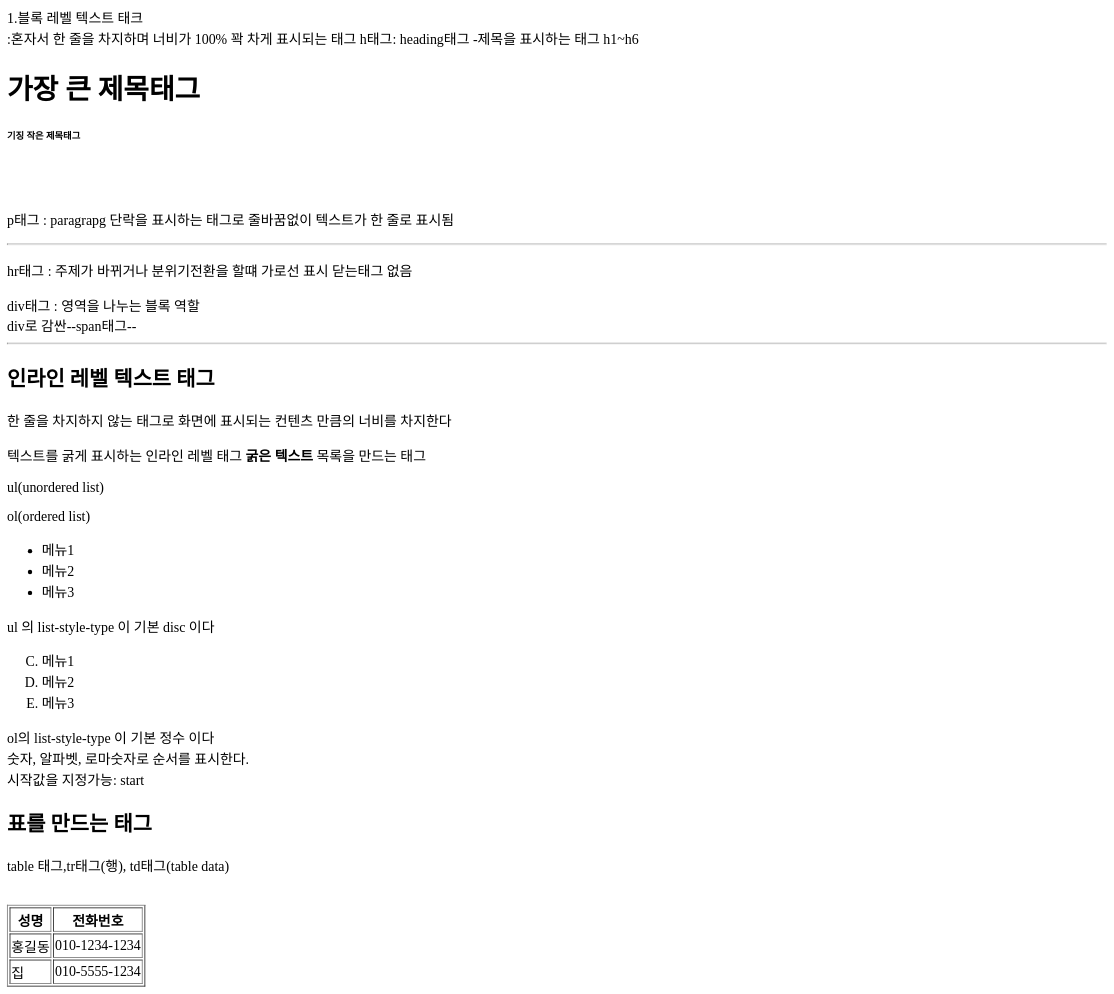
Repository: hana825/Web
Page: web/WebContent/index.html
These files come from the project's save history. The page is drawn as it stood at one moment and after the next save; the edit follows.
The browser window is 1280 px wide. The pictures show the whole page, at 87% of full size.

Above is the page before, as saved 2022-03-17 05:57:56.

### web/WebContent/index.html
<!DOCTYPE html>
<html>
<head>
<meta charset="UTF-8">
<title>Insert title here</title>
</head>
<body>
1.블록 레벨 텍스트 태크<br>
:혼자서 한 줄을 차지하며 너비가 100% 꽉 차게 표시되는 태그

h태그: heading태그 -제목을 표시하는 태그 h1~h6
<h1>가장 큰 제목태그</h1>
<h6>기징 작은 제목태그</h6>
<br><br>
<p>
p태그 : paragrapg 단락을 표시하는 태그로
줄바꿈없이 텍스트가 한 줄로 표시됨
</p>
<hr>

<p>
hr태그 : 주제가 바뀌거나 분위기전환을 할떄 가로선 표시
닫는태그 없음
</p>
<div>
div태그 : 영역을 나누는 블록 역할
</div>

<div> div로 감싼<span>--span태그--</span>
</div>


<hr>

<h2>인라인 레벨 텍스트 태그</h2>
<p> 한 줄을 차지하지 않는 태그로 화면에 표시되는 컨텐츠 만큼의 너비를 차지한다
</p>
<!-- 실행에서 제외하고자 하는 코드는 주석처리 -->
텍스트를 굵게 표시하는 인라인 레벨 태그
<strong>굵은 텍스트
</strong>
목록을 만드는 태그
<p>ul(unordered list)</p>
<p>ol(ordered list)</p>
<ul>
	<li>메뉴1</li>
	<li>메뉴2</li>
	<li>메뉴3</li>
</ul>
<p>ul 의 list-style-type 이 기본 disc 이다</p>
<ol start='3' type="A">
	<li>메뉴1</li>
	<li>메뉴2</li>
	<li>메뉴3</li>
</ol>
<p>ol의 list-style-type 이 기본 정수 이다<br>
   숫자, 알파벳, 로마숫자로 순서를 표시한다.<br>
   시작값을 지정가능: start<br>
</p>

<h2>표를 만드는 태그</h2>
<p>table 태그,tr태그(행), td태그(table data)</p><br>

<table border='1'>
	<tr><th>성명</th><th>전화번호</th></tr>
	<tr><td>홍길동</td><td>010-1234-1234</td></tr>
	<tr><td>집</td><td>010-5555-1234</td></tr>
</table>





</body>
</html>

After the next save:
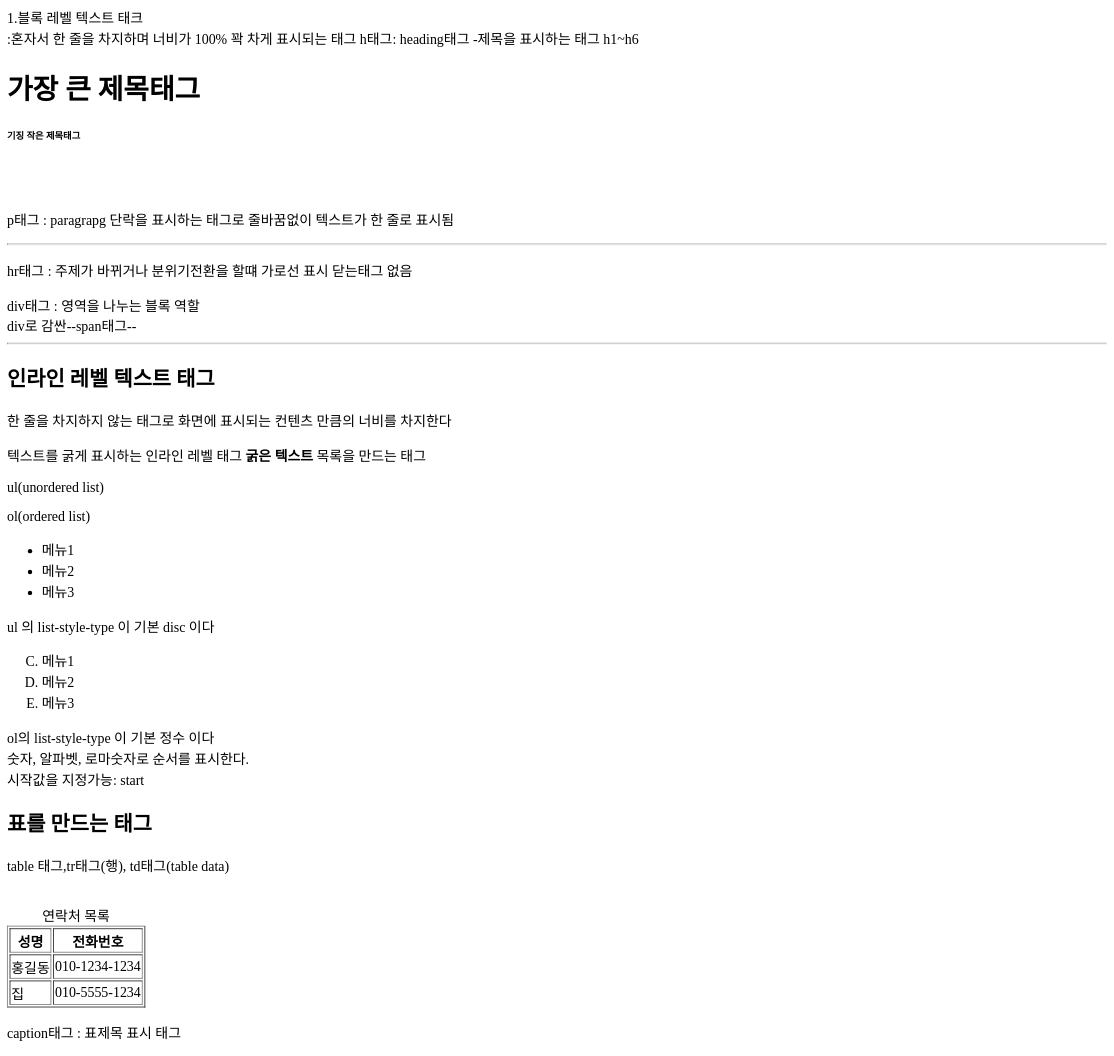
Saved 3 min 54 s later.
--- a/web/WebContent/index.html
+++ b/web/WebContent/index.html
@@ -62,13 +62,14 @@ div태그 : 영역을 나누는 블록 역할
 <p>table 태그,tr태그(행), td태그(table data)</p><br>
 
 <table border='1'>
+	<caption>연락처 목록</caption>
 	<tr><th>성명</th><th>전화번호</th></tr>
 	<tr><td>홍길동</td><td>010-1234-1234</td></tr>
 	<tr><td>집</td><td>010-5555-1234</td></tr>
 </table>
 
-
-
+<p> caption태그 : 표제목 표시 태그
+</p>
 
 
 </body>
